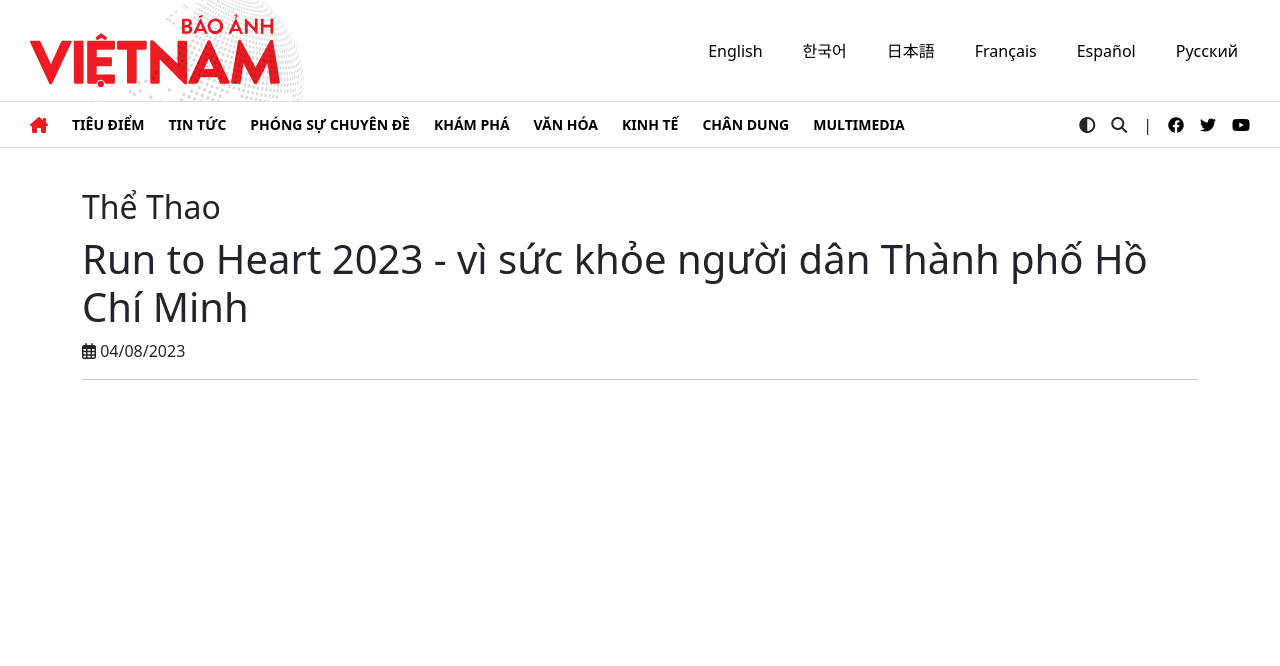
Repository: kietdotshp/webtintuc
Page: Detail.html
An editor plug-in stored every save of this project. The page is shown before and after the next save, followed by the edit.
The browser window is 1280 px wide. The pictures show the whole page.
Some web libraries are served in a nearby version.

Above is the page before, as saved 2023-08-10 16:12:24.

After the next save:
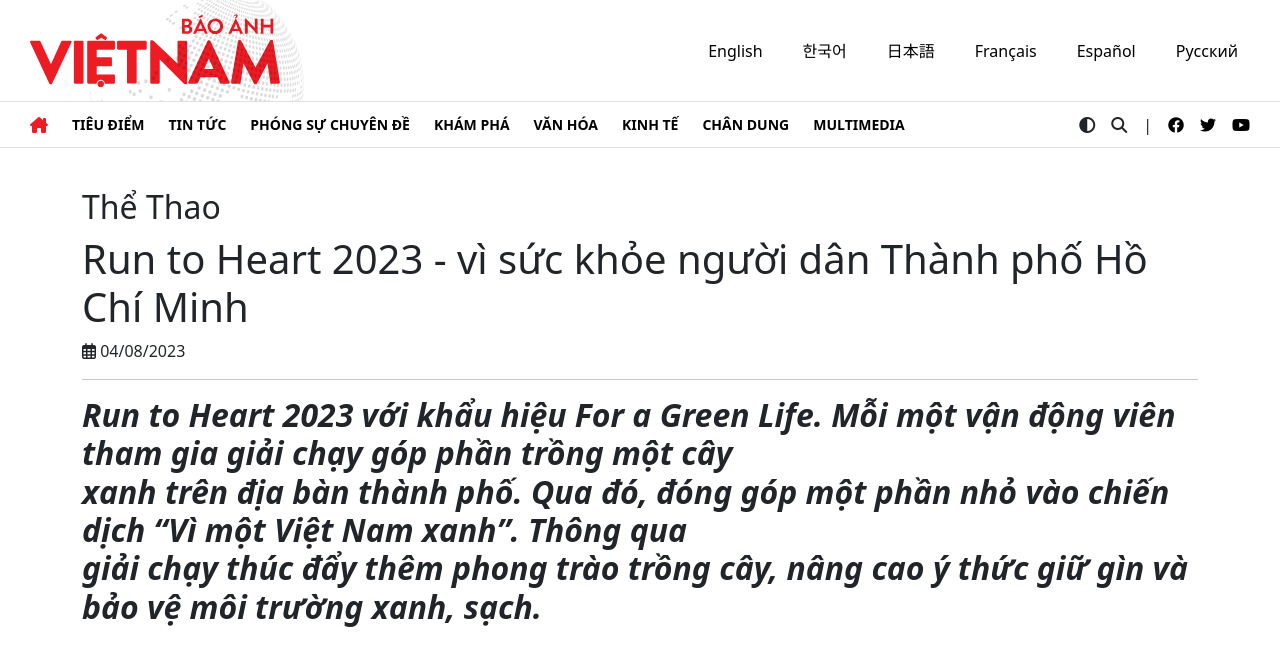
Saved 4 s later.
--- a/Detail.html
+++ b/Detail.html
@@ -106,7 +106,10 @@
             <hr />
         </div>
         <div>
-
+            <h2><div class="title">Run to Heart 2023 với khẩu hiệu For a Green Life.
+                Mỗi một vận động viên tham gia giải chạy góp phần trồng một cây<br> xanh trên địa bàn thành phố.
+                 Qua đó, đóng góp một phần nhỏ vào chiến dịch  “Vì một Việt Nam xanh”. Thông qua <br>giải chạy thúc đẩy thêm phong trào trồng cây, nâng cao ý thức giữ gìn và bảo vệ môi trường xanh, sạch.
+                </div></h2>
         </div>
     </div>
 </body>
